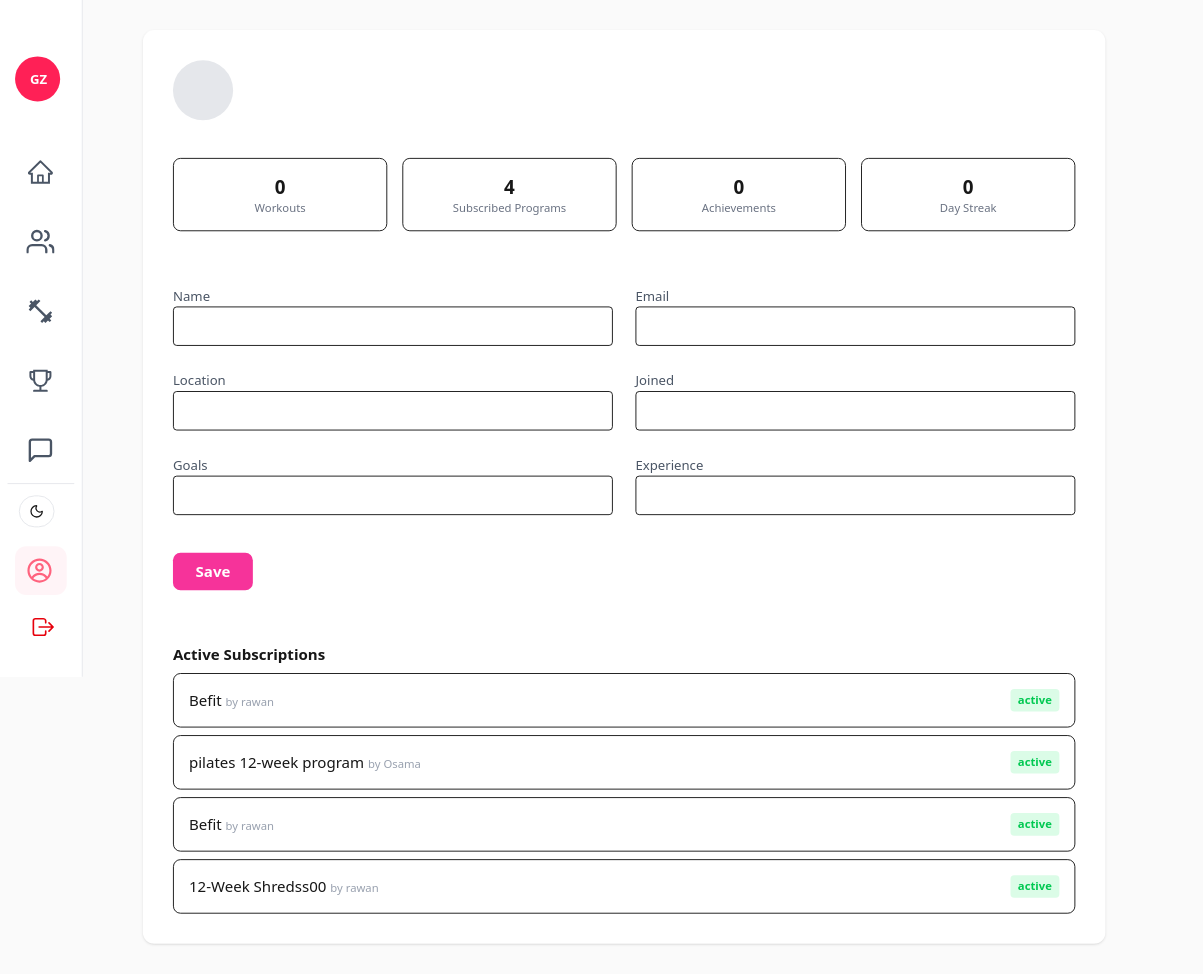
Repository: Brutalxnor/godzilla_fe
Page: /profile/edit
These files come from the project's save history. The page is drawn as it stood at one moment and after the next save; the edit follows.
The browser window is 1280 px wide. The pictures show the whole page, at 94% of full size.
The page's requests for data from a server got no answer. The project was rebuilt for these pictures with package versions that can differ from the ones it lists, and the page was loaded fresh each time. The framework's server and built-in components were replaced by stand-ins that run in the browser. No one was signed in, and anything a server would have sent is missing. Also part of the build but not shown: next.config.ts.

Above is the page before, as saved 2025-11-13 13:29:33.

### app/layout.tsx
// app/layout.tsx
import type { Metadata } from "next";
import { Geist, Geist_Mono } from "next/font/google";
import "./globals.css";
import { ToastContainer } from "react-toastify";
import { CommentsProvider } from "./community/context/CommentsContext";
import ChatNotifications from "./components/shared/ChatNotifications";

const geistSans = Geist({
  variable: "--font-geist-sans",
  subsets: ["latin"],
});

const geistMono = Geist_Mono({
  variable: "--font-geist-mono",
  subsets: ["latin"],
});

export const metadata: Metadata = {
  title: "Godzilla",
  description: "Ready to learn something new today",
};

export default function RootLayout({
  children,
}: {
  children: React.ReactNode;
}) {
  // This script runs before React hydrates and sets <html data-theme="...">
  const themeInit = `
    (function () {
      try {
        var t = localStorage.getItem('theme');
        if (!t) {
          t = window.matchMedia('(prefers-color-scheme: dark)').matches ? 'dark' : 'light';
        }
        document.documentElement.setAttribute('data-theme', t);
      } catch (e) {}
    })();
  `;

  return (
    <html lang="en" suppressHydrationWarning>
      <head>
        <script dangerouslySetInnerHTML={{ __html: themeInit }} />
      </head>
      <body
        className={`${geistSans.variable} ${geistMono.variable} antialiased`}
        // optional: ensure base colors use your CSS variables
        style={{
          background: "var(--background)",
          color: "var(--foreground)",
        }}
      >
        <ChatNotifications />
        <ToastContainer />
        <CommentsProvider>{children}</CommentsProvider>
      </body>
    </html>
  );
}

### app/profile/edit/page.tsx
"use client";
import Sidebar from "@/app/components/shared/sidebar";
import useGetUser from "@/app/Hooks/useGetUser";
import { GetUserById } from "@/app/services/Auth.service";
import { User } from "@/app/types/type";
import React, { Suspense, useEffect, useMemo, useState } from "react";
import { useForm } from "react-hook-form";

const Page = () => {
  const [user, setUser] = useState<{
    data: User;
  } | null>(null);
  const { userDB } = useGetUser();

  const shellVars = useMemo(
    () =>
      ({
        "--sb-w": "88px",
        "--extra-left": "24px",
      } as React.CSSProperties),
    []
  );

  const { register, handleSubmit, reset } = useForm();

  useEffect(() => {
    const fetchUser = async () => {
      const data = await GetUserById(userDB?.data.user_id as string);
      setUser(data);
      if (data?.data) {
        reset({
          name: data.data.name,
          email: data.data.email,
          location: data.data.location,
          experience: data.data.experience,
        });
      }
    };
    fetchUser();
  }, [userDB?.data.user_id, reset]);

  const onSubmit = (formData: any) => {
    console.log(formData);
  };

  return (
    <div className="min-h-screen bg-[#fafafa]">
      <Suspense fallback={<div className="p-6 text-gray-500">Loading...</div>}>
        <Sidebar />
      </Suspense>
      <main
        style={shellVars}
        className="w-full lg:w-[calc(95vw-var(--sb-w)-var(--extra-left))] lg:ml-[calc(var(--sb-w)+var(--extra-left))]"
      >
        <div className="mx-auto w-full max-w-5xl px-3 sm:px-4 md:px-6 lg:px-0 py-8">
          <div className="bg-white rounded-xl shadow p-8 flex flex-col gap-6">
            {/* Header */}
            <div className="flex items-center justify-between">
              <div className="flex items-center gap-4">
                <div className="bg-gray-200 rounded-full h-16 w-16 flex items-center justify-center text-2xl font-bold text-gray-700">
                  {user?.data?.first_name
                    ?.split(" ")
                    .map((n) => n[0])
                    .join("")}
                </div>
                <div>
                  <h2 className="text-lg font-semibold">
                    {user?.data?.first_name}
                  </h2>
                  <div className="text-sm text-gray-500">
                    {user?.data?.email}
                  </div>
                  <div className="text-sm text-gray-500">
                    {user?.data?.location}
                  </div>
                </div>
              </div>
            </div>


            {/* Numbers and Stats (Same UI style, use your stats data here) */}
            <div className="grid grid-cols-4 gap-4 mt-4">
              <div className="bg-white border rounded-lg p-4 flex flex-col items-center">
                <span className="text-xl font-bold">0</span>
                <span className="text-xs text-gray-500">Workouts</span>
              </div>
              <div className="bg-white border rounded-lg p-4 flex flex-col items-center">
                <span className="text-xl font-bold">4</span>
                <span className="text-xs text-gray-500">
                  Subscribed Programs
                </span>
              </div>
              <div className="bg-white border rounded-lg p-4 flex flex-col items-center">
                <span className="text-xl font-bold">0</span>
                <span className="text-xs text-gray-500">Achievements</span>
              </div>
              <div className="bg-white border rounded-lg p-4 flex flex-col items-center">
                <span className="text-xl font-bold">0</span>
                <span className="text-xs text-gray-500">Day Streak</span>
              </div>
            </div>

            {/* React Hook Form (Edit profile section) */}
            <form onSubmit={handleSubmit(onSubmit)} className="space-y-6 mt-8">
              <div className="grid grid-cols-2 gap-6">
                <div>
                  <label className="text-sm text-gray-600">Name</label>
                  <input
                    type="text"
                    {...register("name")}
                    className="input w-full p-2 border rounded"
                  />
                </div>
                <div>
                  <label className="text-sm text-gray-600">Email</label>
                  <input
                    type="email"
                    {...register("email")}
                    className="input w-full p-2 border rounded"
                  />
                </div>
                <div>
                  <label className="text-sm text-gray-600">Location</label>
                  <input
                    type="text"
                    {...register("location")}
                    className="input w-full p-2 border rounded"
                  />
                </div>
                <div>
                  <label className="text-sm text-gray-600">Joined</label>
                  <input
                    type="text"
                    {...register("joined")}
                    className="input w-full p-2 border rounded"
                    disabled
                  />
                </div>
                <div>
                  <label className="text-sm text-gray-600">Goals</label>
                  <input
                    type="text"
                    {...register("goals")}
                    className="input w-full p-2 border rounded"
                  />
                </div>
                <div>
                  <label className="text-sm text-gray-600">Experience</label>
                  <input
                    type="text"
                    {...register("experience")}
                    className="input w-full p-2 border rounded"
                  />
                </div>
              </div>
              <button
                type="submit"
                className="px-6 py-2 rounded-lg bg-pink-500 text-white font-bold mt-4"
              >
                Save
              </button>
            </form>

            {/* Subscriptions Example */}
            <div className="mt-8">
              <h3 className="text-md font-semibold mb-2">
                Active Subscriptions
              </h3>
              <div className="flex flex-col gap-2">
                <div className="border rounded-lg p-4 flex items-center justify-between">
                  <span>
                    Befit{" "}
                    <span className="text-xs text-gray-400">by rawan</span>
                  </span>
                  <span className="text-green-500 font-bold text-xs bg-green-100 px-2 py-1 rounded">
                    active
                  </span>
                </div>
                <div className="border rounded-lg p-4 flex items-center justify-between">
                  <span>
                    pilates 12-week program{" "}
                    <span className="text-xs text-gray-400">by Osama</span>
                  </span>
                  <span className="text-green-500 font-bold text-xs bg-green-100 px-2 py-1 rounded">
                    active
                  </span>
                </div>
                <div className="border rounded-lg p-4 flex items-center justify-between">
                  <span>
                    Befit{" "}
                    <span className="text-xs text-gray-400">by rawan</span>
                  </span>
                  <span className="text-green-500 font-bold text-xs bg-green-100 px-2 py-1 rounded">
                    active
                  </span>
                </div>
                <div className="border rounded-lg p-4 flex items-center justify-between">
                  <span>
                    12-Week Shredss00{" "}
                    <span className="text-xs text-gray-400">by rawan</span>
                  </span>
                  <span className="text-green-500 font-bold text-xs bg-green-100 px-2 py-1 rounded">
                    active
                  </span>
                </div>
              </div>
            </div>
          </div>
        </div>
      </main>
    </div>
  );
};

export default Page;

### app/community/context/CommentsContext.tsx
"use client";
import React, { createContext, useContext, useState, ReactNode } from "react";
import axios from "axios";
import { toast } from "react-toastify";

type Comment = {
  id: string;
  postId: string;
  author: string;
  content: string;
  createdAt: string;
};

type CommentsContextType = {
  comments: Comment[];
  fetchComments: (postId: string) => Promise<void>;
  addComment: (
    postId: string,
    content: string,
    author: string
  ) => Promise<void>;
  loading: boolean;
  openPostId: string | null;
  handleTriggerOpenCommentModal: (postId: string) => void;
};

const CommentsContext = createContext<CommentsContextType | undefined>(
  undefined
);

export const CommentsProvider = ({ children }: { children: ReactNode }) => {
  const [comments, setComments] = useState<Comment[]>([]);
  const [loading, setLoading] = useState(false);
  const [openPostId, setOpenPostId] = useState<string | null>(null);

  const fetchComments = async (postId: string) => {
    setLoading(true);
    try {
      const { data } = await axios.get(

        `https://godzilla-be.vercel.app/api/v1/posts/df2a3584-aeb4-42e8-8a9b-3b8eeffc51a9`

      );
      setComments(data);
    } catch (error) {
      toast.error("فشل في تحميل التعليقات ❌");
    } finally {
      setLoading(false);
    }
  };

  const handleTriggerOpenCommentModal = (postId?: string) => {
    if (postId) {
      setOpenPostId(postId);
    } else {
      setOpenPostId(null);
    }
  };

  const addComment = async (
    postId: string,
    comment: string,
    user_id: string
  ) => {
    try {
      const body = { postId, comment, user_id };
      await axios.put(
        "https://godzilla-be.vercel.app/api/v1/posts/update-comment",
        body
      );
      toast.success("تم إضافة التعليق بنجاح 🎉");
      await fetchComments(postId);
    } catch (error) {
      toast.error("حدث خطأ أثناء إضافة التعليق ❌");
    }
  };

  return (
    <CommentsContext.Provider
      value={{
        comments,
        fetchComments,
        addComment,
        loading,
        handleTriggerOpenCommentModal,
        openPostId,
      }}
    >
      {children}
    </CommentsContext.Provider>
  );
};

// ✅ Hook للاستخدام داخل أي كومبوننت
export const useComments = () => {
  const context = useContext(CommentsContext);
  if (!context) {
    throw new Error("useComments must be used within a CommentsProvider");
  }
  return context;
};

### app/Hooks/useGetUser.ts
"use client";
// import { User } from "@/types/admin";
import { useEffect, useState } from "react";
import { User } from "../types/admin";

const useGetUser = () => {
  const [userDB, setUserDB] = useState<User | null>(null);

  useEffect(() => {
    const localUser = localStorage.getItem("user");
    if (localUser) {
      try {
        setUserDB(JSON.parse(localUser));
      } catch (err) {
        console.error("Error parsing local user:", err);
      }
    }
  }, []);

  return { userDB };
};

export default useGetUser;

### app/services/Auth.service.ts
import axios from "axios";

export const GetUserById = async (id: string) => {
  try {
    const res = await axios.get(
      `https://godzilla-be.vercel.app/api/v1/auth/getusers/${id}`
    );

    return res.data;
  } catch (err) {
    console.error("Error fetching athlete subscriptions:", err);
    throw err;
  }
};

### lib/client.ts
import { createBrowserClient } from "@supabase/ssr";

export function createClient() {
  return createBrowserClient(
    "https://uivcyyfyefpkieynavgw.supabase.co",
    "eyJhbGciOiJIUzI1NiIsInR5cCI6IkpXVCJ9.eyJpc3MiOiJzdXBhYmFzZSIsInJlZiI6InVpdmN5eWZ5ZWZwa2lleW5hdmd3Iiwicm9sZSI6ImFub24iLCJpYXQiOjE3NTkxMzI5MTgsImV4cCI6MjA3NDcwODkxOH0.9oDzn_La6VyGy39ujEBA_lZNgVl7x23Cez3FeH9tIrU"
  );
}
export const supabase = createClient();

### app/auth/services/logout.service.ts
// app/auth/services/logout.service.ts
import axios, { AxiosError } from "axios";
import { toast } from "react-toastify";

export interface LogoutResult {
  success: boolean;
  error?: string;
}


export const LogoutService = async (): Promise<LogoutResult> => {
  try {


      localStorage.removeItem("user");


      window.location.href = "/";
      window.location.reload();

      //toast.success("you are logged out successfully!");
      // setTimeout(() => {
      //     window.location.reload();
      // }, 7000);

    return { success: true };
  } catch (e) {
    return { success: false, error: "Logout failed" };
  }
};

### app/Hooks/useGetTheme.ts
// "use client";
// // import { User } from "@/types/admin";
// import { useEffect, useState } from "react";

// const useGetTheme = () => {
//   const [theme, setTheme] = useState<string>("");

//   useEffect(() => {
//     const localTheme = localStorage.getItem("theme");
//     if (localTheme) {
//       try {
//         setTheme(localTheme as string);
//       } catch (err) {
//         console.error("Error parsing local user:", err);
//       }
//     }
//   }, []);

//   return { theme };
// };

// export default useGetTheme;
"use client";

import { useEffect, useState } from "react";

type Theme = "light" | "dark";

const readFromDomOrStorage = (): Theme => {
  if (typeof window === "undefined") return "light";

  // 1) Prefer what <html data-theme=""> currently has
  const fromDom = document.documentElement.getAttribute("data-theme");
  if (fromDom === "light" || fromDom === "dark") return fromDom;

  // 2) Fallback to localStorage
  const saved = localStorage.getItem("theme");
  if (saved === "light" || saved === "dark") return saved;

  // 3) Last fallback: system preference
  return window.matchMedia("(prefers-color-scheme: dark)").matches
    ? "dark"
    : "light";
};

const useGetTheme = () => {
  const [theme, setTheme] = useState<Theme>(() => readFromDomOrStorage());

  useEffect(() => {
    // Make sure we sync once on mount (in case DOM changed before hook used)
    setTheme(readFromDomOrStorage());

    const handler = (e: Event) => {
      const custom = e as CustomEvent<Theme>;
      // extra safety check
      if (custom.detail === "light" || custom.detail === "dark") {
        setTheme(custom.detail);
      }
    };

    window.addEventListener("theme-change", handler);
    return () => window.removeEventListener("theme-change", handler);
  }, []);

  return { theme };
};

export default useGetTheme;

Loaded but not shown: app/components/shared/sidebar.tsx (1271 lines, source omitted); app/globals.css (367 lines, source omitted); app/components/shared/ChatNotifications.tsx (239 lines, source omitted); app/components/ThemeToggle.tsx (159 lines, source omitted)

After the next save:
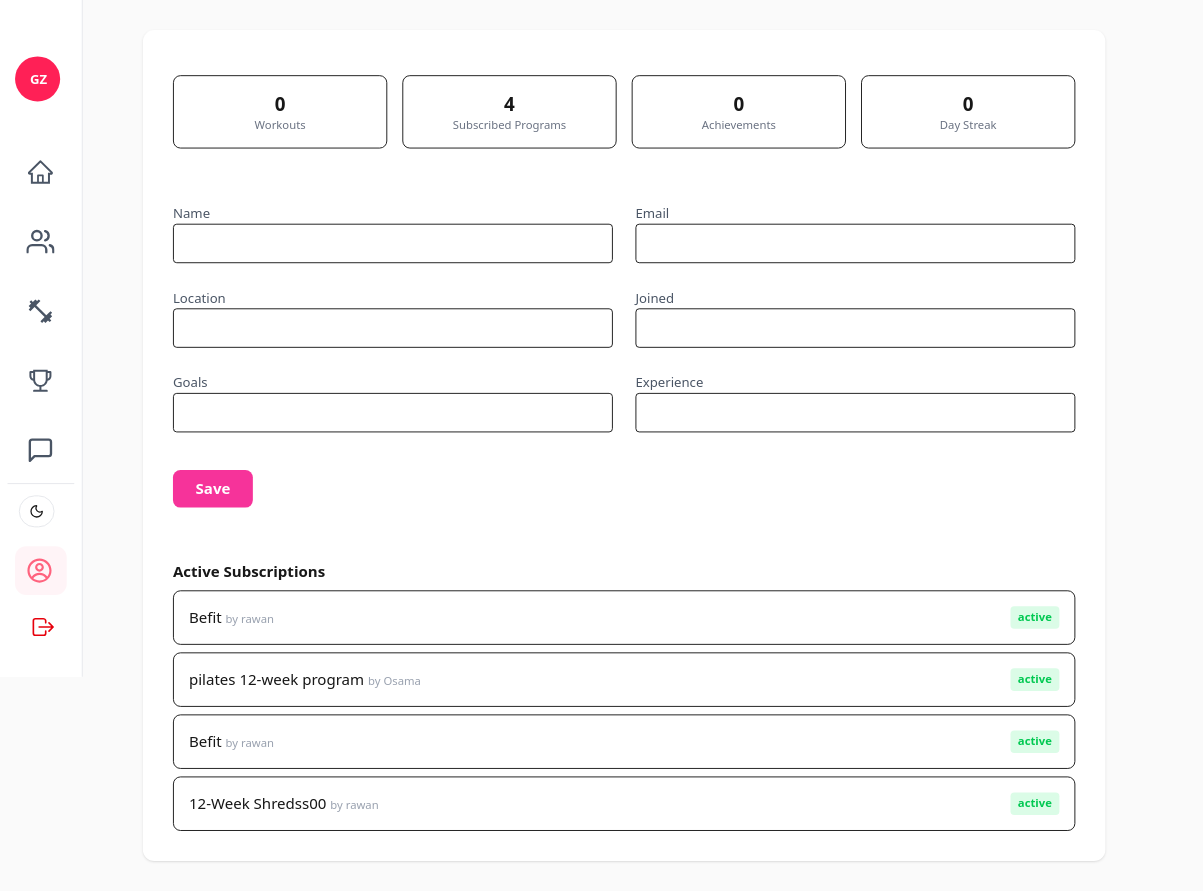
Saved 9 s later.
--- a/app/profile/edit/page.tsx
+++ b/app/profile/edit/page.tsx
@@ -55,27 +55,6 @@
         <div className="mx-auto w-full max-w-5xl px-3 sm:px-4 md:px-6 lg:px-0 py-8">
           <div className="bg-white rounded-xl shadow p-8 flex flex-col gap-6">
             {/* Header */}
-            <div className="flex items-center justify-between">
-              <div className="flex items-center gap-4">
-                <div className="bg-gray-200 rounded-full h-16 w-16 flex items-center justify-center text-2xl font-bold text-gray-700">
-                  {user?.data?.first_name
-                    ?.split(" ")
-                    .map((n) => n[0])
-                    .join("")}
-                </div>
-                <div>
-                  <h2 className="text-lg font-semibold">
-                    {user?.data?.first_name}
-                  </h2>
-                  <div className="text-sm text-gray-500">
-                    {user?.data?.email}
-                  </div>
-                  <div className="text-sm text-gray-500">
-                    {user?.data?.location}
-                  </div>
-                </div>
-              </div>
-            </div>
 
 
             {/* Numbers and Stats (Same UI style, use your stats data here) */}

After the save that followed:
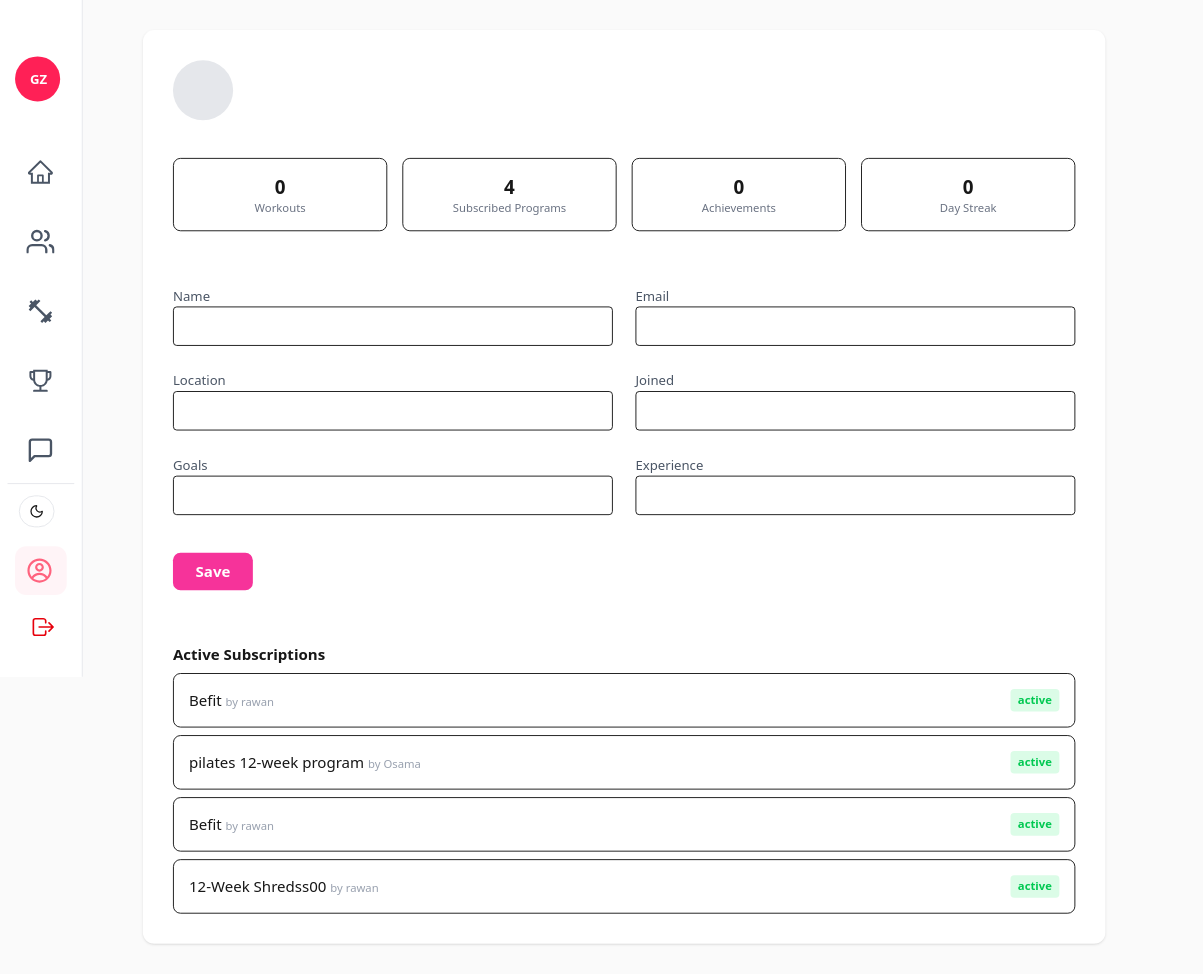
Saved 5 s later.
--- a/app/profile/edit/page.tsx
+++ b/app/profile/edit/page.tsx
@@ -55,7 +55,27 @@
         <div className="mx-auto w-full max-w-5xl px-3 sm:px-4 md:px-6 lg:px-0 py-8">
           <div className="bg-white rounded-xl shadow p-8 flex flex-col gap-6">
             {/* Header */}
-
+            <div className="flex items-center justify-between">
+              <div className="flex items-center gap-4">
+                <div className="bg-gray-200 rounded-full h-16 w-16 flex items-center justify-center text-2xl font-bold text-gray-700">
+                  {user?.data?.first_name
+                    ?.split(" ")
+                    .map((n) => n[0])
+                    .join("")}
+                </div>
+                <div>
+                  <h2 className="text-lg font-semibold">
+                    {user?.data?.first_name}
+                  </h2>
+                  <div className="text-sm text-gray-500">
+                    {user?.data?.email}
+                  </div>
+                  <div className="text-sm text-gray-500">
+                    {user?.data?.location}
+                  </div>
+                </div>
+              </div>
+            </div>
 
             {/* Numbers and Stats (Same UI style, use your stats data here) */}
             <div className="grid grid-cols-4 gap-4 mt-4">
